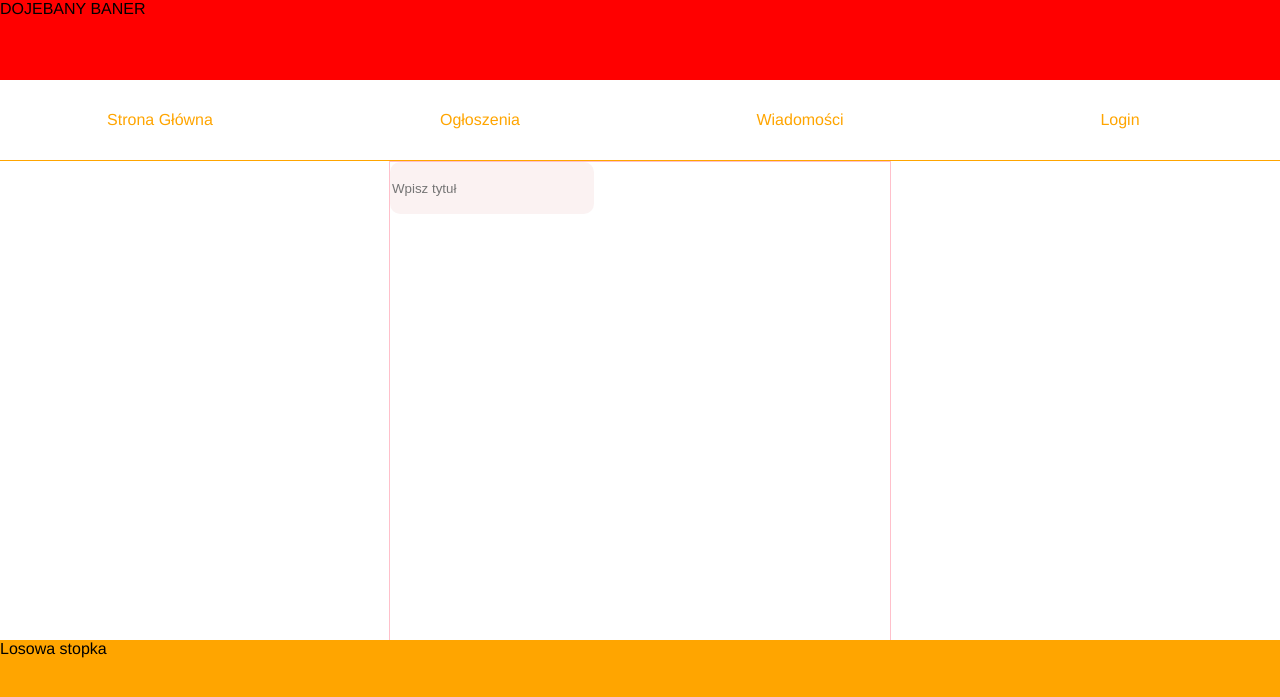
Repository: PatrykStawik/projectppz
Page: /ogloszenia/dodaj-ogloszenie
These files come from the project's save history. The page is drawn as it stood at one moment and after the next save; the edit follows.
The browser window is 1280 px wide. The pictures show the whole page.
The project was rebuilt for these pictures with package versions that can differ from the ones it lists, and the page was loaded fresh each time. The framework's server and built-in components were replaced by stand-ins that run in the browser.

Above is the page before, as saved 2021-05-26 12:29:45.

After the next save:
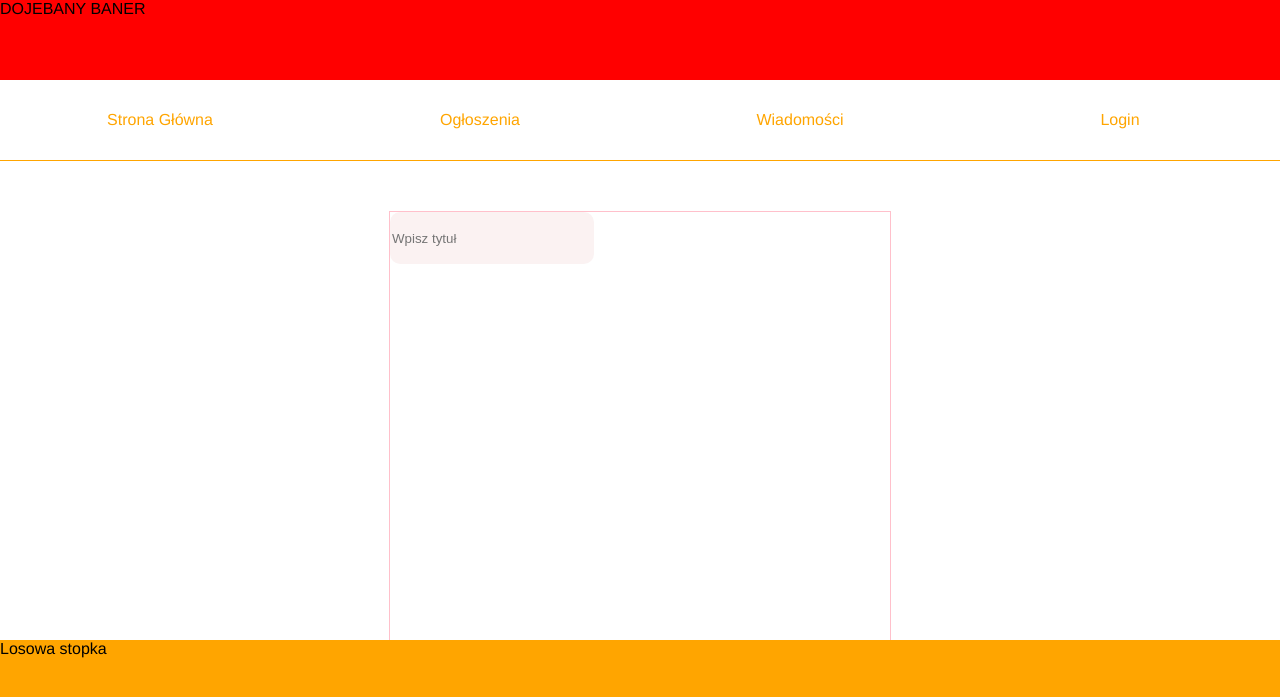
Saved 5 s later.
--- a/components/AddAdvertisementPage/AddAdvertisementPage.tsx
+++ b/components/AddAdvertisementPage/AddAdvertisementPage.tsx
@@ -7,7 +7,7 @@ const Wrapper = styled.div`
   ${setFlex()};
   justify-content: center;
   align-items: center;
-  margin-top: auto;
+  margin-top: 50px;
   .container{
   width: 500px;
   height: 500px;
